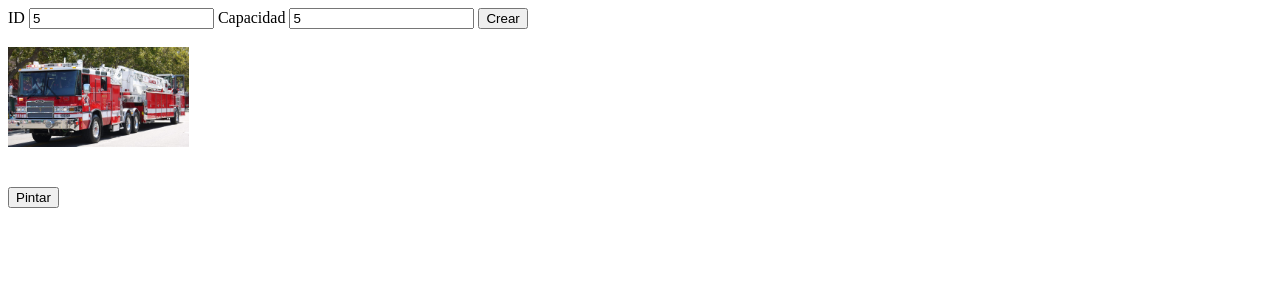
Repository: Robin-Rivadeneira/prueva_pablo
Page: index.html
These files come from the project's save history. The page is drawn as it stood at one moment and after the next save; the edit follows.
The browser window is 1280 px wide. The pictures show the whole page.
Empty fields were first filled with sample values (such as "Sample", 5 or name@example.com).
After loading, the first visible `button` was clicked once.

Above is the page before, as saved 2020-01-16 09:18:19.

After the next save:
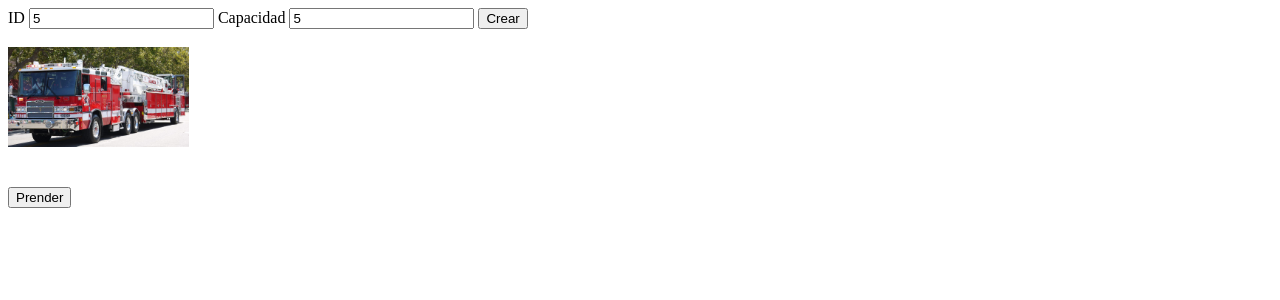
Saved 12 s later.
--- a/js/Motobomba.js
+++ b/js/Motobomba.js
@@ -41,7 +41,7 @@ class Motobomba {
         console.log(this.id)
         console.log(this.capacidad)
         document.getElementById('img').innerHTML='<img src="img/camion.jpg" windth="130px" height="100px">'
-        var boton= document.getElementById('pintar').innerHTML='<button type="button" id="estado" onclick="moto.toString()">Pintar</button>'
+        var boton= document.getElementById('pintar').innerHTML='<button type="button" id="estado" onclick="moto.toString()">Prender</button>'
     }
 }
 
